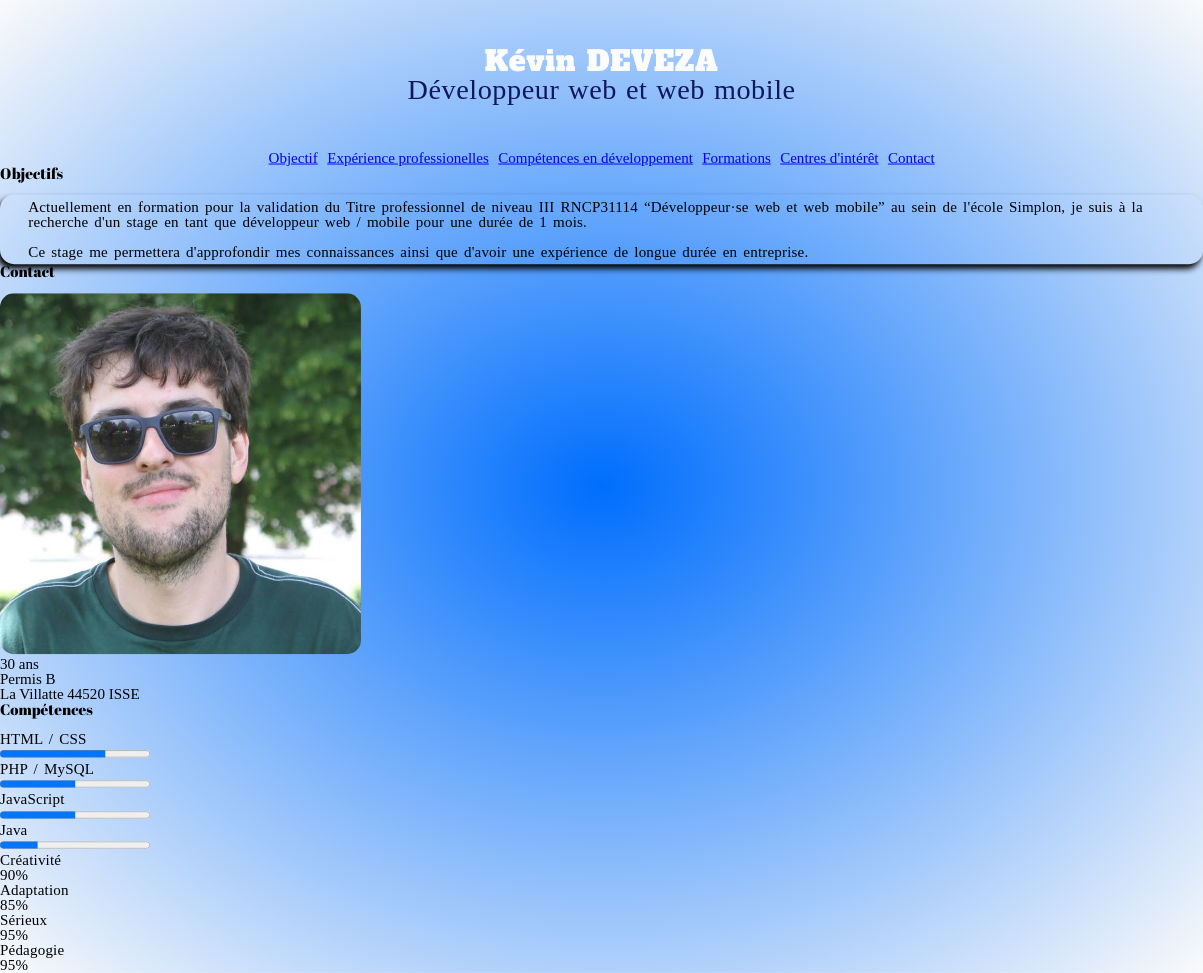
Repository: KevinDvZ/kevindvz.github.io
Page: index.html
The author's editor kept a copy of each file at every save. The page is drawn from the files as they stood at one save, then again after the next save.
The browser window is 1280 px wide. The pictures show the whole page, at 94% of full size.

Above is the page before, as saved 2020-10-28 08:55:05.

After the next save:
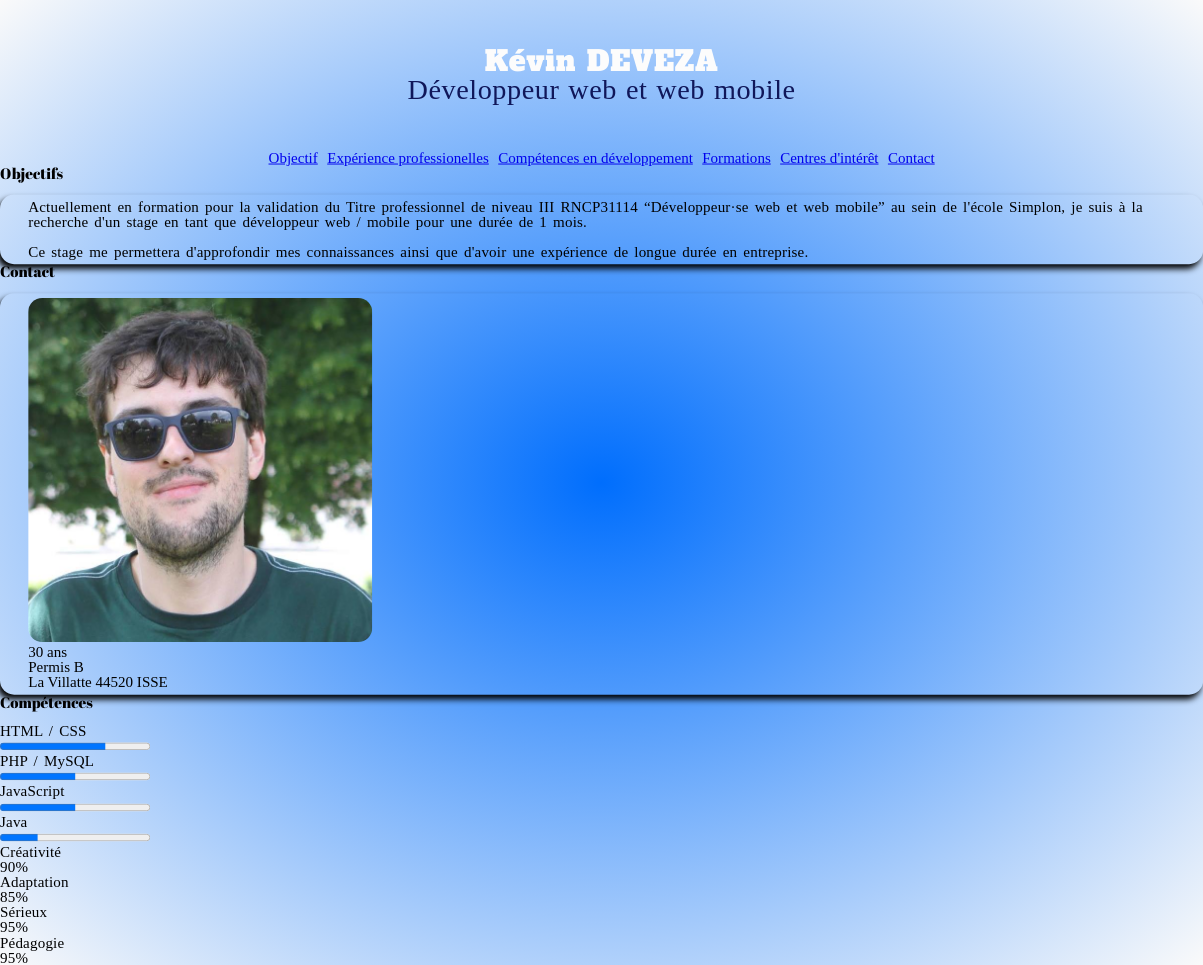
Saved 94 s later.
--- a/index.html
+++ b/index.html
@@ -31,6 +31,7 @@
 </nav>
 
 <main>
+
 <div id="cadre-obj">
         <h2 class="entete">Objectifs</h2>
         <div class="cadre">
@@ -38,13 +39,15 @@
         <br>
     <p>Ce stage me permettera d'approfondir mes connaissances ainsi que d'avoir une expérience de longue durée en entreprise.</p>
 </div>
+
 <div id="cadre-contact">
       <h2 class="entete">Contact</h2>
+      <div class="cadre">
       <img src="assets/img/solaire_cv.jpg" alt="" class="img">
         <h3>30 ans</h3>
         <h3>Permis B</h3>
         <address>La Villatte 44520 ISSE</address>
-
+      </div>
 </div>
 
 
